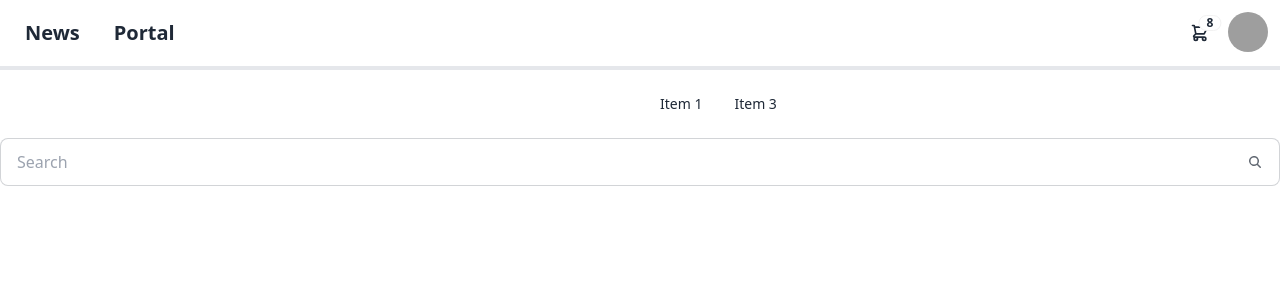
Repository: RudrasahaDibos/news-portal
Page: index.html
These files come from the project's save history. The page is drawn as it stood at one moment and after the next save; the edit follows.
The browser window is 1280 px wide. The pictures show the whole page.
Pictures or frames that could not be fetched are drawn as grey boxes. Some web libraries are served in a nearby version.

Above is the page before, as saved 2024-11-23 15:00:07.

### index.html
<!DOCTYPE html>
<html lang="en">
<head>
    <meta charset="UTF-8">
    <meta name="viewport" content="width=device-width, initial-scale=1.0">
    <title>news_portals</title>
    <!-- tailwinds  -->
    <link href="https://cdn.jsdelivr.net/npm/daisyui@4.12.14/dist/full.min.css" rel="stylesheet" type="text/css" />
    <script src="https://cdn.tailwindcss.com"></script>

</head>
<body class="container mx-auto ">
    <!-- header starts here -->
        <header>
                   <!-- navbar start here -->
                   <div class="navbar bg-base-100 border-b-4">
                    <div class="flex-1">
                      <a class="btn btn-ghost text-xl">News</a>
                      <a class="btn btn-ghost text-xl">Portal</a>
                    </div>
                    <div class="flex-none">
                      <div class="dropdown dropdown-end">
                        <div tabindex="0" role="button" class="btn btn-ghost btn-circle">
                          <div class="indicator">
                            <svg
                              xmlns="http://www.w3.org/2000/svg"
                              class="h-5 w-5"
                              fill="none"
                              viewBox="0 0 24 24"
                              stroke="currentColor">
                              <path
                                stroke-linecap="round"
                                stroke-linejoin="round"
                                stroke-width="2"
                                d="M3 3h2l.4 2M7 13h10l4-8H5.4M7 13L5.4 5M7 13l-2.293 2.293c-.63.63-.184 1.707.707 1.707H17m0 0a2 2 0 100 4 2 2 0 000-4zm-8 2a2 2 0 11-4 0 2 2 0 014 0z" />
                            </svg>
                            <span class="badge badge-sm indicator-item">8</span>
                          </div>
                        </div>
                        <div
                          tabindex="0"
                          class="card card-compact dropdown-content bg-base-100 z-[1] mt-3 w-52 shadow">
                          <div class="card-body">
                            <span class="text-lg font-bold">8 Items</span>
                            <span class="text-info">Subtotal: $999</span>
                            <div class="card-actions">
                              <button class="btn btn-primary btn-block">View cart</button>
                            </div>
                          </div>
                        </div>
                      </div>
                      <div class="dropdown dropdown-end">
                        <div tabindex="0" role="button" class="btn btn-ghost btn-circle avatar">
                          <div class="w-10 rounded-full">
                            <img
                              alt="Tailwind CSS Navbar component"
                              src="https://img.daisyui.com/images/stock/photo-1534528741775-53994a69daeb.webp" />
                          </div>
                        </div>
                        <ul
                          tabindex="0"
                          class="menu menu-sm dropdown-content bg-base-100 rounded-box z-[1] mt-3 w-52 p-2 shadow">
                          <li>
                            <a class="justify-between">
                              Profile
                              <span class="badge">New</span>
                            </a>
                          </li>
                          <li><a>Settings</a></li>
                          <li><a>Logout</a></li>
                        </ul>
                      </div>
                    </div>
                  </div>




                  <!-- 2nd  -->
                  <div class="navbar bg-base-100">
                    <div class="navbar-start">
                      <div class="dropdown">
                        <div tabindex="0" role="button" class="btn btn-ghost lg:hidden">
                          <svg
                            xmlns="http://www.w3.org/2000/svg"
                            class="h-5 w-5"
                            fill="none"
                            viewBox="0 0 24 24"
                            stroke="currentColor">
                            <path
                              stroke-linecap="round"
                              stroke-linejoin="round"
                              stroke-width="2"
                              d="M4 6h16M4 12h8m-8 6h16" />
                          </svg>
                        </div>
                        <ul
                          tabindex="0"
                          class="menu menu-sm dropdown-content bg-base-100 rounded-box z-[1] mt-3 w-52 p-2 shadow">
                          <li><a>Item 1</a></li>

                          <li><a>Item 3</a></li>
                        </ul>
                      </div>

                    </div>
                    <div class="navbar-center hidden lg:flex">
                      <ul class="menu menu-horizontal px-1">
                        <li><a>Item 1</a></li>

                        <li><a>Item 3</a></li>
                      </ul>
                    </div>

                  </div>

                   <!-- navbar end here -->
        </header>
        <!-- header end here -->

        <!-- main is start here -->
         <main>
            <!-- search button start here -->
            <label class="input input-bordered flex items-center gap-2">
                <input type="text" class="grow" placeholder="Search" />
                <svg
                  xmlns="http://www.w3.org/2000/svg"
                  viewBox="0 0 16 16"
                  fill="currentColor"
                  class="h-4 w-4 opacity-70">
                  <path
                    fill-rule="evenodd"
                    d="M9.965 11.026a5 5 0 1 1 1.06-1.06l2.755 2.754a.75.75 0 1 1-1.06 1.06l-2.755-2.754ZM10.5 7a3.5 3.5 0 1 1-7 0 3.5 3.5 0 0 1 7 0Z"
                    clip-rule="evenodd" />
                </svg>
              </label>
              <!-- search button ends here -->

         </main>
         <!-- main is end here -->
</body>
</html>

After the next save:
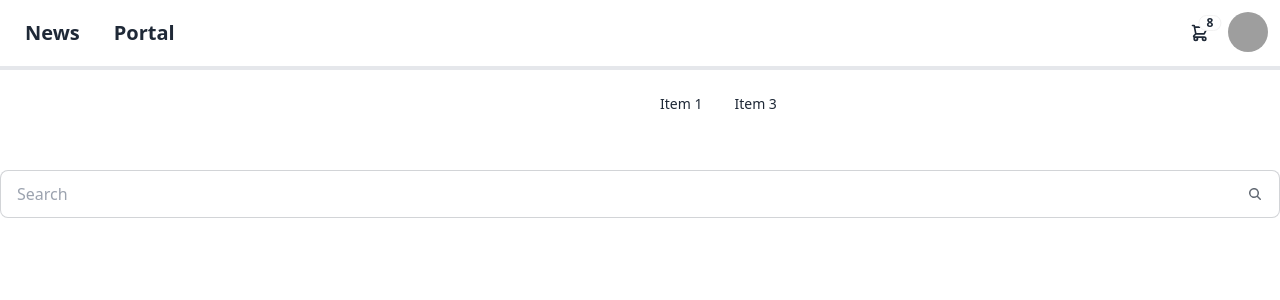
Saved 6 s later.
--- a/index.html
+++ b/index.html
@@ -121,7 +121,7 @@
         <!-- main is start here -->
          <main>
             <!-- search button start here -->
-            <label class="input input-bordered flex items-center gap-2">
+            <label class="input input-bordered flex items-center gap-2 mt-8">
                 <input type="text" class="grow" placeholder="Search" />
                 <svg
                   xmlns="http://www.w3.org/2000/svg"
